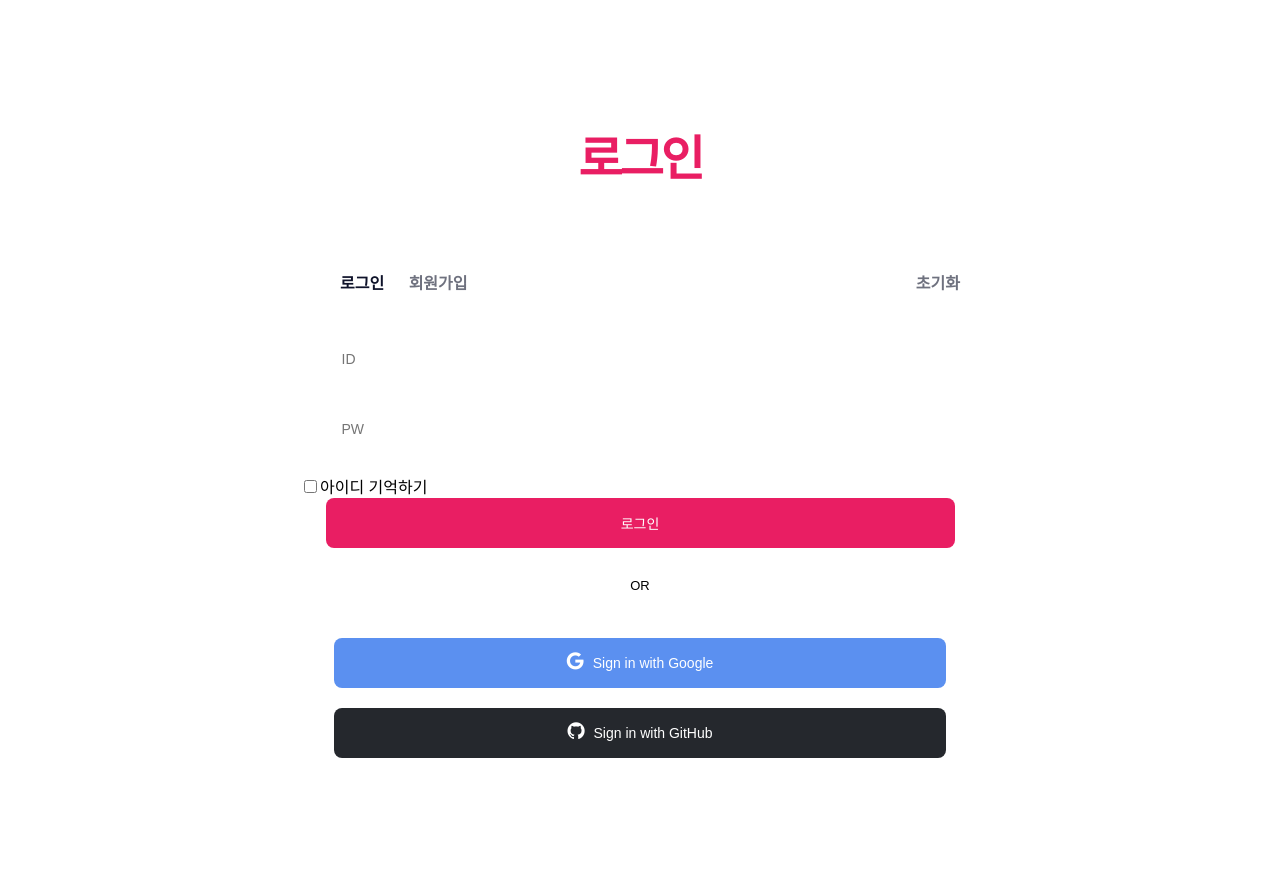
Repository: min7385/2025_moaLook_project
Page: http://localhost/moaLook/WEB-INF/views/member/registView.jsp
An editor plug-in stored every save of this project. The page is shown before and after the next save, followed by the edit.
The browser window is 1280 px wide. The pictures show the whole page.
The page is served by Tomcat 9. Nobody is signed in. Other server files are loaded and not shown. The template is opened directly, without the code that normally fills it, so the values that code supplies are empty.

Above is the page before, as saved 2025-04-11 08:01:40.

### moaLook/src/main/webapp/WEB-INF/views/member/registView.jsp
<%--
/**
 * <pre>
 * 1. 프로젝트명 : moa Look
 * 2. 작성일 : 2025. 4. 8. 오후 12:52:07
 * 3. 작성자 : Kmh
 * 4. 화면ID :
 * 5. 화면명 : 회원가입 화면
 * 6. 설명 : 회원가입 화면
 * </pre>
 */
--%>
<%@ taglib uri="http://java.sun.com/jsp/jstl/core" prefix="c" %>
<%@ page language="java" contentType="text/html; charset=UTF-8" pageEncoding="UTF-8"%>
<!DOCTYPE html>
<html>
<head>
	<meta charset="UTF-8">
	<title>회원가입</title>

	<script src="https://code.jquery.com/jquery-3.6.0.min.js"></script>
	<!-- 정적 리소스 연결 (CSS 등) -->
 	<link rel="stylesheet" href="${pageContext.request.contextPath}/resources/css/registView.css">
  	<link rel="stylesheet" href="https://cdnjs.cloudflare.com/ajax/libs/font-awesome/4.7.0/css/font-awesome.min.css">

</head>
<body>
	<div class="container">
		<!-- Heading -->
		<h1>로그인</h1>

		<!-- Links -->
		<ul class="links">
			<li><a href="#" id="signin">로그인</a></li>
			<li><a href="#" id="signup">회원가입</a></li>
			<li><a href="#" id="reset">초기화</a></li>
		</ul>

		<!-- Form -->
		<form action="${pageContext.request.contextPath}/loginDo" method="post">
			<!-- id input -->
			<div class="first-input input__block first-input__block">
				<input type="text" placeholder="ID" class="input" id="id" name="memId" required value="${cookie.rememberId.value}" />
			</div>
			<!-- password input -->
			<div class="input__block">
				<input type="password" placeholder="PW" class="input" id="pw" name="memPw" required />
			</div>
			<!-- repeat password input -->
			<div class="input__block">
				<input type="text" placeholder="닉네임" class="input" id="name" name="name" style="display: none; opacity: 0;" />
			</div>
			<!-- password remember checkbox -->
			<div class="form-floating mb-3">
				<input class="form-check-input" id="remember" name="remember" type="checkbox"${cookie.rememberId.value == null? "" : "checked"} />아이디 기억하기
			</div>
			<!-- sign in button -->
			<button type="submit" class="signin__btn">로그인</button>
		</form>

		<!-- separator -->
		<div class="separator">
			<p>OR</p>
		</div>

		<!-- social buttons -->
		<button class="google__btn">
			<i class="fa fa-google"></i>
			Sign in with Google
		</button>
		<button class="github__btn">
			<i class="fa fa-github"></i>
			Sign in with GitHub
		</button>
	</div>

	<!-- JS 파일 -->
	<script src="${pageContext.request.contextPath}/resources/js/registView.js"></script>

</body>
</html>

### moaLook/src/main/webapp/resources/css/registView.css
@charset "UTF-8";
body{
  font-family: 'Montserrat', sans-serif;
  background:white;
}

.container{
  display:block;
  max-width:680px;
  width:80%;
  margin:120px auto;
}

h1{
  color:#e91e63;
  font-size:48px;
  letter-spacing:-3px;
  text-align:center;
  margin:120px 0 80px 0 ;
  transition:.2s linear;
}

.links{
  list-style-type:none;
  li{
     display:inline-block;
     margin:0 20px 0 0;
     transition:.2s linear;
     &:nth-child(2){
        opacity : .6;
        &:hover{
           opacity : 1;
        }
     }
     &:nth-child(3){
        opacity : .6;
        float:right;
         &:hover{
           opacity : 1;
         }
     }
     a{
        text-decoration:none;
        color:#0f132a;
        font-weight:bolder;
        text-align:center;
        cursor : pointer;
     }
   }
}


form{
  width:100%;
  max-width:680px;
  margin:40px auto 10px;
  .input__block{
     margin:20px auto;
     display:block;
     position:relative;
     &.first-input__block{
        &::before{
          content:"";
          position:absolute;
          top:-15px;
          left:50px;
          display:block;
          width:0;
          height:0;
        background:transparent;
          border-left:15px solid transparent;
          border-right:15px solid transparent;
          border-bottom:15px solid rgba(#0f132a,.1);
          transition:.2s linear;
        }
     }
     &.signup-input__block{
      &::before{
        content:"";
        position:absolute;
        top:-15px;
        left:150px;
        display:block;
        width:0;
        height:0;
        background:transparent;
        border-left:15px solid transparent;
        border-right:15px solid transparent;
        border-bottom:15px solid rgba(#0f132a,.1);
        transition:.2s linear;
        }
     }
     input{
        display:block;
        width:90%;
        max-width:680px;
        height:50px;
        margin:0 auto;
        border-radius:8px;
        border:none;
        background: rgba(#0f132a,.1);
        color : rgba(#0f132a,.3);
        padding:0 0 0 15px;
        font-size:14px;
        font-family: 'Montserrat', sans-serif;
        &:focus,
        &:active{
          outline:none;
          border:none;
          color : rgba(#0f132a,1);
        }
       &.repeat__password{
         opacity : 0;
         display : none;
         transition:.2s linear;
       }
     }
  }

  .signin__btn{
     background:#e91e63;
     color:white;
     display:block;
     width:92.5%;
     max-width:680px;
     height:50px;
     border-radius:8px;
     margin:0 auto;
     border:none;
     cursor:pointer;
     font-size:14px;
     font-family: 'Montserrat', sans-serif;
     box-shadow:0 15px 30px rgba(#e91e63,.36);
    transition:.2s linear;
    &:hover{
      box-shadow:0 0 0 rgba(#e91e63,.0);
    }
  }
}

.separator{
  display:block;
  margin:30px auto 10px;
  text-align:center;
  height:40px;
  position:relative;
  background:transparent;
  color: rgba(#0f132a,.4);
  font-size:13px;
  width:90%;
  max-width:680px;
  &::before{
    content:"";
    position:absolute;
    top:8px;
    left:0;
    background: rgba(#0f132a,.2);
    height:1px;
    width:45%;
  }
  &::after{
    content:"";
    position:absolute;
    top:8px;
    right:0;
    background: rgba(#0f132a,.2);
    height:1px;
    width:45%;
  }
}

.google__btn,
.github__btn{
   display:block;
   width:90%;
   max-width:680px;
   margin:20px auto;
   height:50px;
   cursor:pointer;
   font-size:14px;
   font-family: 'Montserrat', sans-serif;
   border-radius:8px;
   border:none;
   line-height:40px;
   &.google__btn{
      background:#5b90f0;
      color:white;
      box-shadow:0 15px 30px rgba(#5b90f0,.36);
      transition:.2s linear;
      .fa{
          font-size:20px;
          padding:0 5px 0 0 ;
      }
     &:hover{
       box-shadow:0 0 0 rgba(#5b90f0,.0);
     }
   }
   &.github__btn{
      background:#25282d;
      color:white;
      box-shadow:0 15px 30px rgba(#25282d,.36);
      transition:.2s linear;
      .fa{
          font-size:20px;
          padding:0 5px 0 0 ;
      }
     &:hover{
       box-shadow:0 0 0 rgba(#25282d,.0);
     }
   }
}

footer{
  p{
    text-align:center;
    .fa{
      color: #e91e63;
    }
    a{
      text-decoration:none;
      font-size:17px;
      margin:0 5px;
      .fa-facebook{
         color:#3b5998;
      }
      .fa-twitter{
         color:#1da1f2;
      }
      .fa-instagram{
        color:#f77737;
      }
      .fa-linkedin{
        color:#0077b5;
      }
      .fa-behance{
        color:#1769ff;
      }
    }

  }
}

Loaded but not shown: moaLook/src/main/webapp/resources/js/registView.js (no copy from this time; the picture is the same without it)

After the next save:
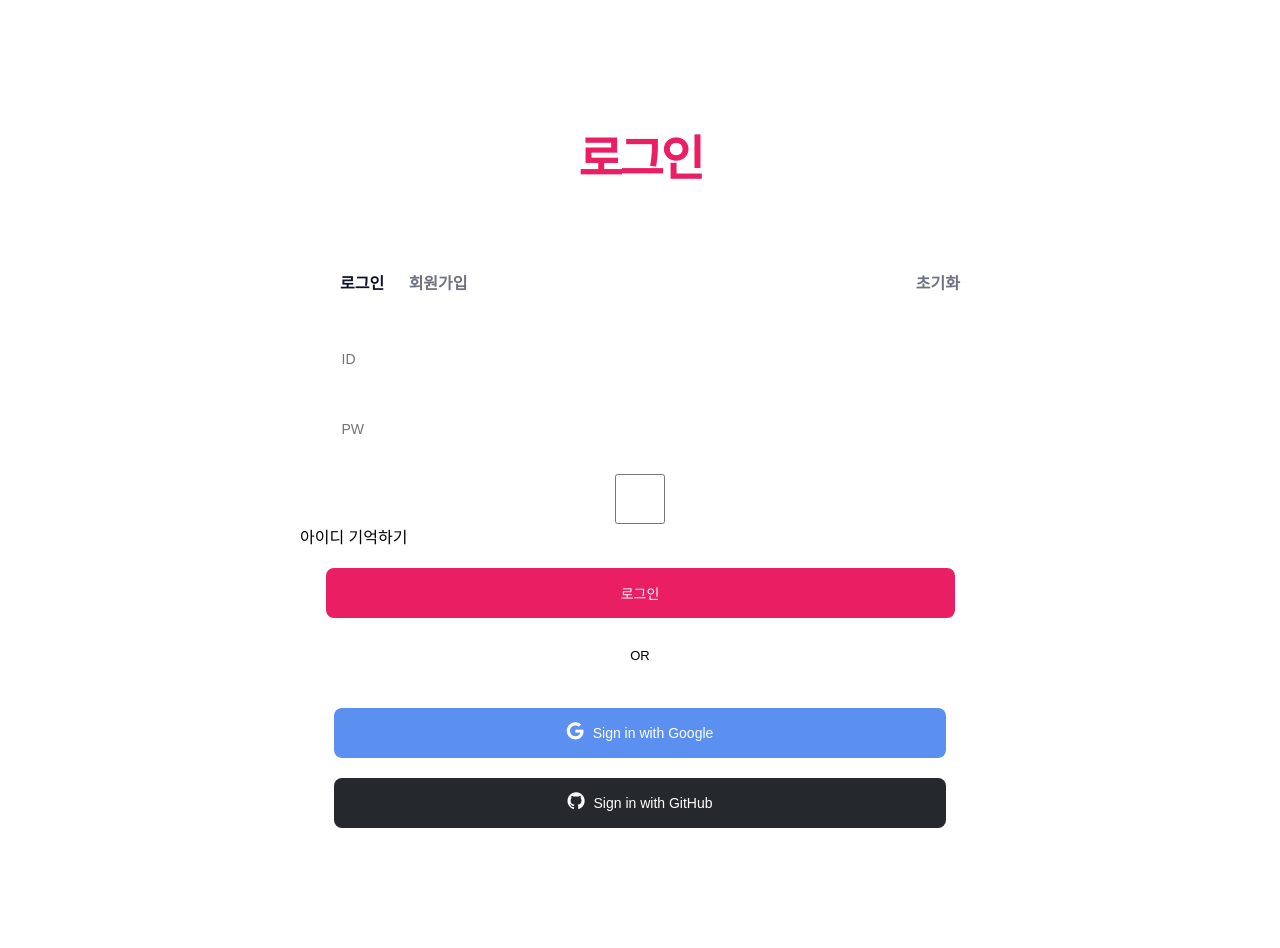
Saved 93 s later.
--- a/moaLook/src/main/webapp/WEB-INF/views/member/registView.jsp
+++ b/moaLook/src/main/webapp/WEB-INF/views/member/registView.jsp
@@ -49,9 +49,7 @@
 			<!-- repeat password input -->
 			<div class="input__block">
 				<input type="text" placeholder="닉네임" class="input" id="name" name="name" style="display: none; opacity: 0;" />
-			</div>
-			<!-- password remember checkbox -->
-			<div class="form-floating mb-3">
+				<!-- password remember checkbox -->
 				<input class="form-check-input" id="remember" name="remember" type="checkbox"${cookie.rememberId.value == null? "" : "checked"} />아이디 기억하기
 			</div>
 			<!-- sign in button -->

After the save that followed:
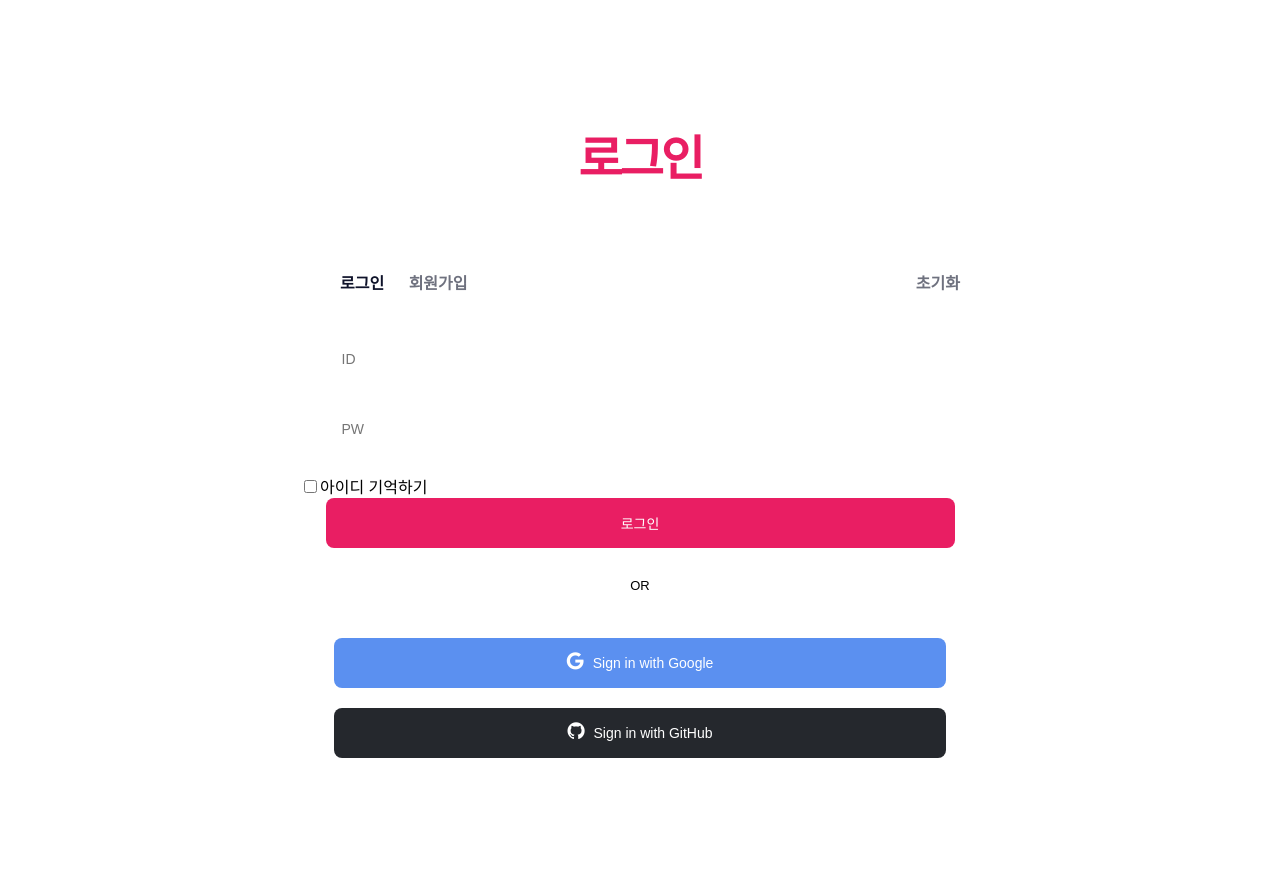
Saved 34 s later.
--- a/moaLook/src/main/webapp/WEB-INF/views/member/registView.jsp
+++ b/moaLook/src/main/webapp/WEB-INF/views/member/registView.jsp
@@ -49,7 +49,9 @@
 			<!-- repeat password input -->
 			<div class="input__block">
 				<input type="text" placeholder="닉네임" class="input" id="name" name="name" style="display: none; opacity: 0;" />
-				<!-- password remember checkbox -->
+			</div>
+			<!-- password remember checkbox -->
+			<div class="form-floating mb-3">
 				<input class="form-check-input" id="remember" name="remember" type="checkbox"${cookie.rememberId.value == null? "" : "checked"} />아이디 기억하기
 			</div>
 			<!-- sign in button -->
